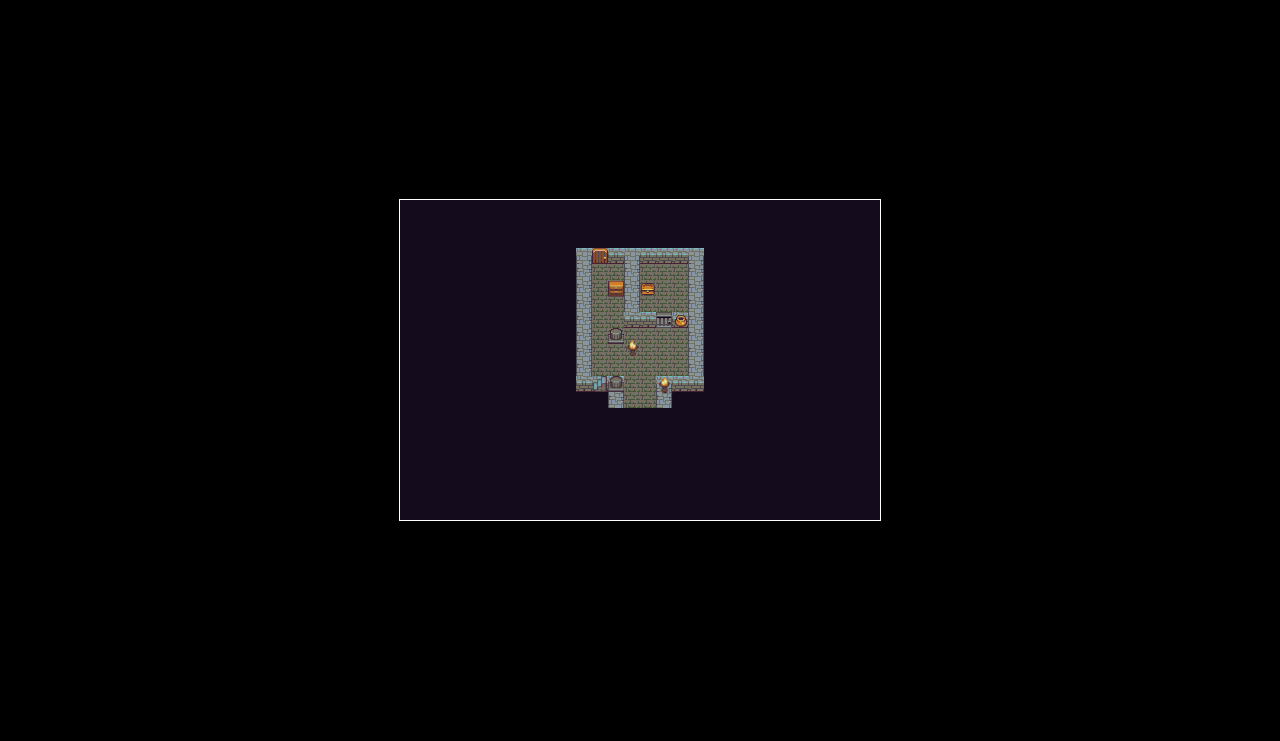
Repository: Arifindepayjr1/RPG_GAMES
Page: / (app in pixel2d_game/)
An editor plug-in stored every save of this project. The page is shown before and after a run of saves, followed by the edit.
The browser window is 1280 px wide. The pictures show the whole page.
The project was rebuilt for these pictures with package versions that can differ from the ones it lists, and the page was loaded fresh each time. Also part of the build but not shown: pixel2d_game/vite.config.js.

Above is the page before, as saved 2025-03-19 00:21:32.

After the next 2 saves:
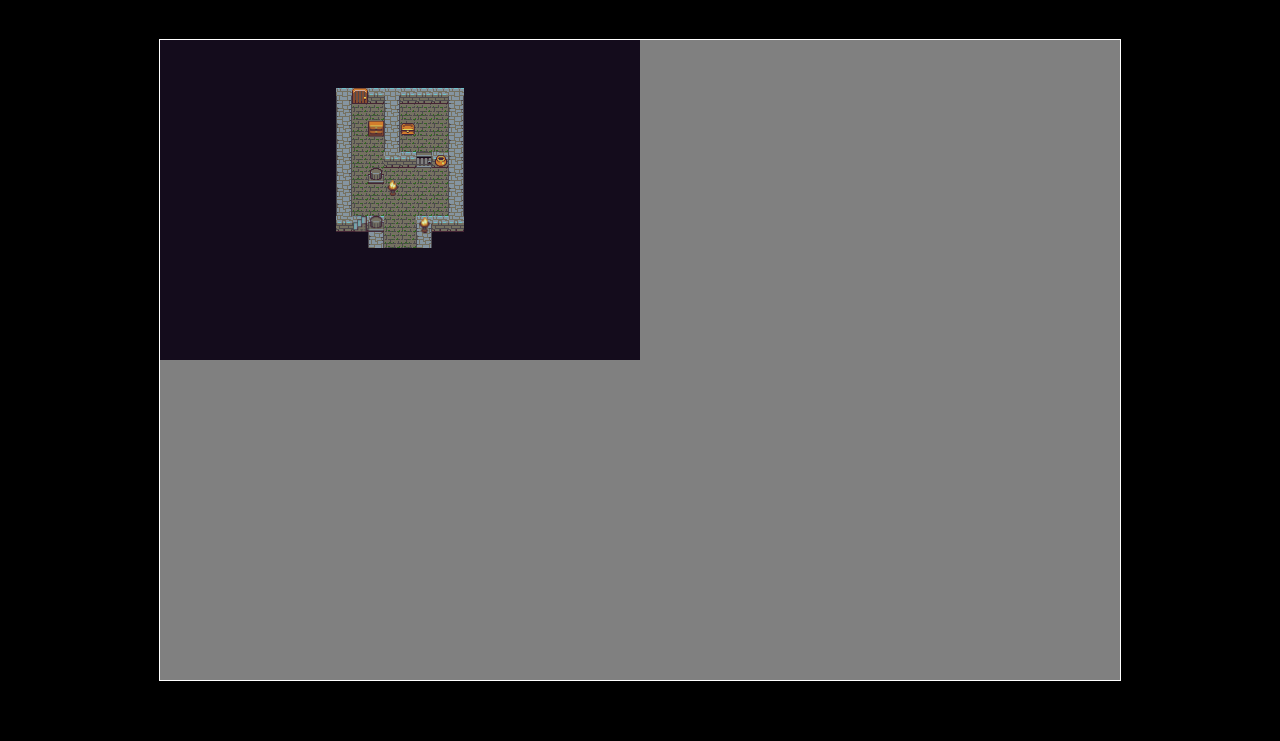
The 2 saves are shown as one change because they came seconds apart.
The last was saved 35 s later.
--- a/pixel2d_game/src/component/tilemap3.jsx
+++ b/pixel2d_game/src/component/tilemap3.jsx
@@ -115,7 +115,7 @@
 
   return (
     <div>
-      <canvas ref={canvasRef} width={480} height={320}  style={{
+      <canvas ref={canvasRef} width={960} height={640}  style={{
         position: "absolute",
         top: "50%",
         left: "50%",

After the save that followed:
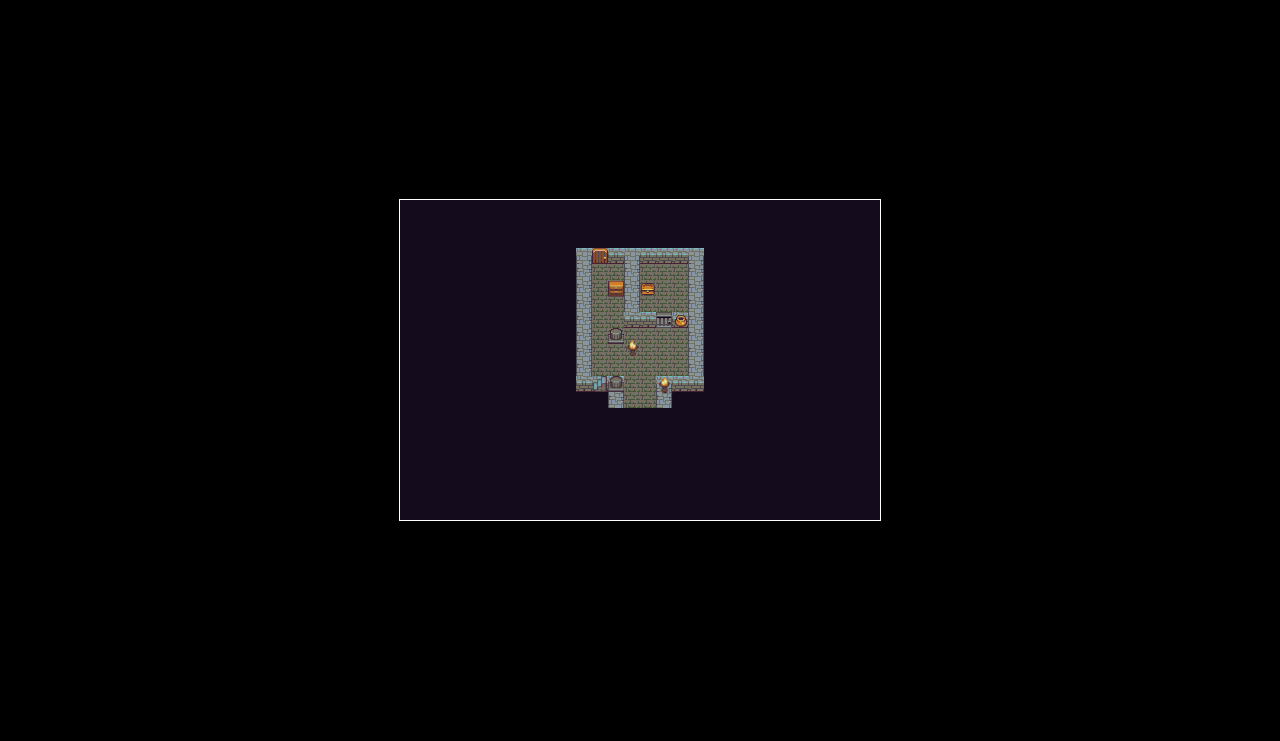
Saved 12 s later.
--- a/pixel2d_game/src/component/tilemap3.jsx
+++ b/pixel2d_game/src/component/tilemap3.jsx
@@ -115,7 +115,7 @@
 
   return (
     <div>
-      <canvas ref={canvasRef} width={960} height={640}  style={{
+      <canvas ref={canvasRef} width={480} height={320}  style={{
         position: "absolute",
         top: "50%",
         left: "50%",
